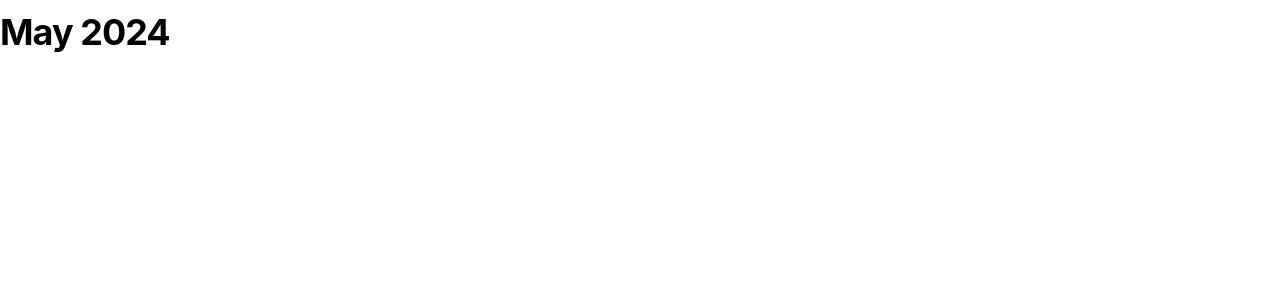
Repository: dung-phan/tweek-copy
Page: /
An editor plug-in stored every save of this project. The page is shown before and after the next save, followed by the edit.
The browser window is 1280 px wide. The pictures show the whole page.
The project was rebuilt for these pictures with package versions that can differ from the ones it lists, and the page was loaded fresh each time. Also part of the build but not shown: vite.config.ts.

Above is the page before, as saved 2024-05-26 22:31:14.

### src/assets/main.css
@import './base.css';

#app {
  max-width: 100%;
  margin: 0 auto;
}

@media (min-width: 1024px) {
}

### src/assets/base.css
@tailwind base;
@tailwind components;
@tailwind utilities;

/* color palette from <https://github.com/vuejs/theme> */
:root {
  --vt-c-white: #ffffff;
  --vt-c-white-soft: #f8f8f8;
  --vt-c-white-mute: #f2f2f2;

  --vt-c-black: #181818;
  --vt-c-black-soft: #222222;
  --vt-c-black-mute: #282828;

  --vt-c-indigo: #2c3e50;

  --vt-c-divider-light-1: rgba(60, 60, 60, 0.29);
  --vt-c-divider-light-2: rgba(60, 60, 60, 0.12);
  --vt-c-divider-dark-1: rgba(84, 84, 84, 0.65);
  --vt-c-divider-dark-2: rgba(84, 84, 84, 0.48);

  --vt-c-text-light-1: var(--vt-c-indigo);
  --vt-c-text-light-2: rgba(60, 60, 60, 0.66);
  --vt-c-text-dark-1: var(--vt-c-white);
  --vt-c-text-dark-2: rgba(235, 235, 235, 0.64);
}

/* semantic color variables for this project */
:root {
  --color-background: var(--vt-c-white);
  --color-background-soft: var(--vt-c-white-soft);
  --color-background-mute: var(--vt-c-white-mute);

  --color-border: var(--vt-c-divider-light-2);
  --color-border-hover: var(--vt-c-divider-light-1);

  --color-heading: var(--vt-c-text-light-1);
  --color-text: var(--vt-c-text-light-1);

  --section-gap: 160px;
}

@media (prefers-color-scheme: dark) {
  :root {
    --color-background: var(--vt-c-black);
    --color-background-soft: var(--vt-c-black-soft);
    --color-background-mute: var(--vt-c-black-mute);

    --color-border: var(--vt-c-divider-dark-2);
    --color-border-hover: var(--vt-c-divider-dark-1);

    --color-heading: var(--vt-c-text-dark-1);
    --color-text: var(--vt-c-text-dark-2);
  }
}

*,
*::before,
*::after {
  box-sizing: border-box;
  margin: 0;
}

body {
  min-height: 100vh;
  transition:
    color 0.5s,
    background-color 0.5s;
  letter-spacing: -0.06rem;
  line-height: 1.333333;
  font-family:
    Inter,
    -apple-system,
    BlinkMacSystemFont,
    'Segoe UI',
    Roboto,
    Oxygen,
    Ubuntu,
    Cantarell,
    'Fira Sans',
    'Droid Sans',
    'Helvetica Neue',
    sans-serif;
  text-rendering: optimizeLegibility;
  -webkit-font-smoothing: antialiased;
  -moz-osx-font-smoothing: grayscale;
}

### src/views/HomeView.vue
<script setup lang="ts">
import CurrentDateMonth from '../components/CurrentDateMonth.vue'
</script>

<template>
  <header class="py-3">
    <CurrentDateMonth />
  </header>
</template>

### src/components/CurrentDateMonth.vue
<script setup lang="ts">
const currentDate = new Date(Date.now())
const headerDate = currentDate.toLocaleDateString('default', {
  month: 'long',
  year: 'numeric'
})
</script>

<template>
  <p class="text-4xl">
    <b>{{ headerDate }}</b>
  </p>
</template>

### tailwind.config.js
/** @type {import('tailwindcss').Config} */
export default {
  content: [],
  theme: {
    extend: {},
  },
  plugins: [],
  purge: ['./index.html', './src/**/*.{vue,js,ts,jsx,tsx}'],
}

Loaded but not shown: index.html (common file); src/main.ts (common file); src/App.vue (common file); src/router/index.ts (common file)

After the next save:
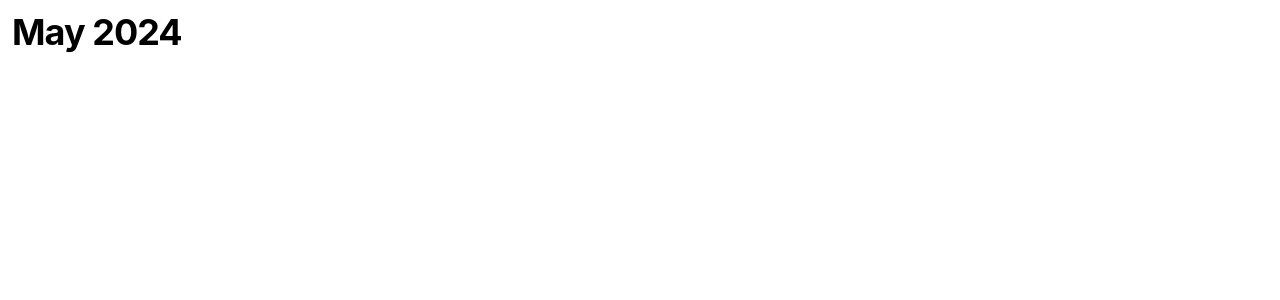
Saved 21 s later.
--- a/src/views/HomeView.vue
+++ b/src/views/HomeView.vue
@@ -3,7 +3,7 @@ import CurrentDateMonth from '../components/CurrentDateMonth.vue'
 </script>
 
 <template>
-  <header class="py-3">
+  <header class="p-3">
     <CurrentDateMonth />
   </header>
 </template>
